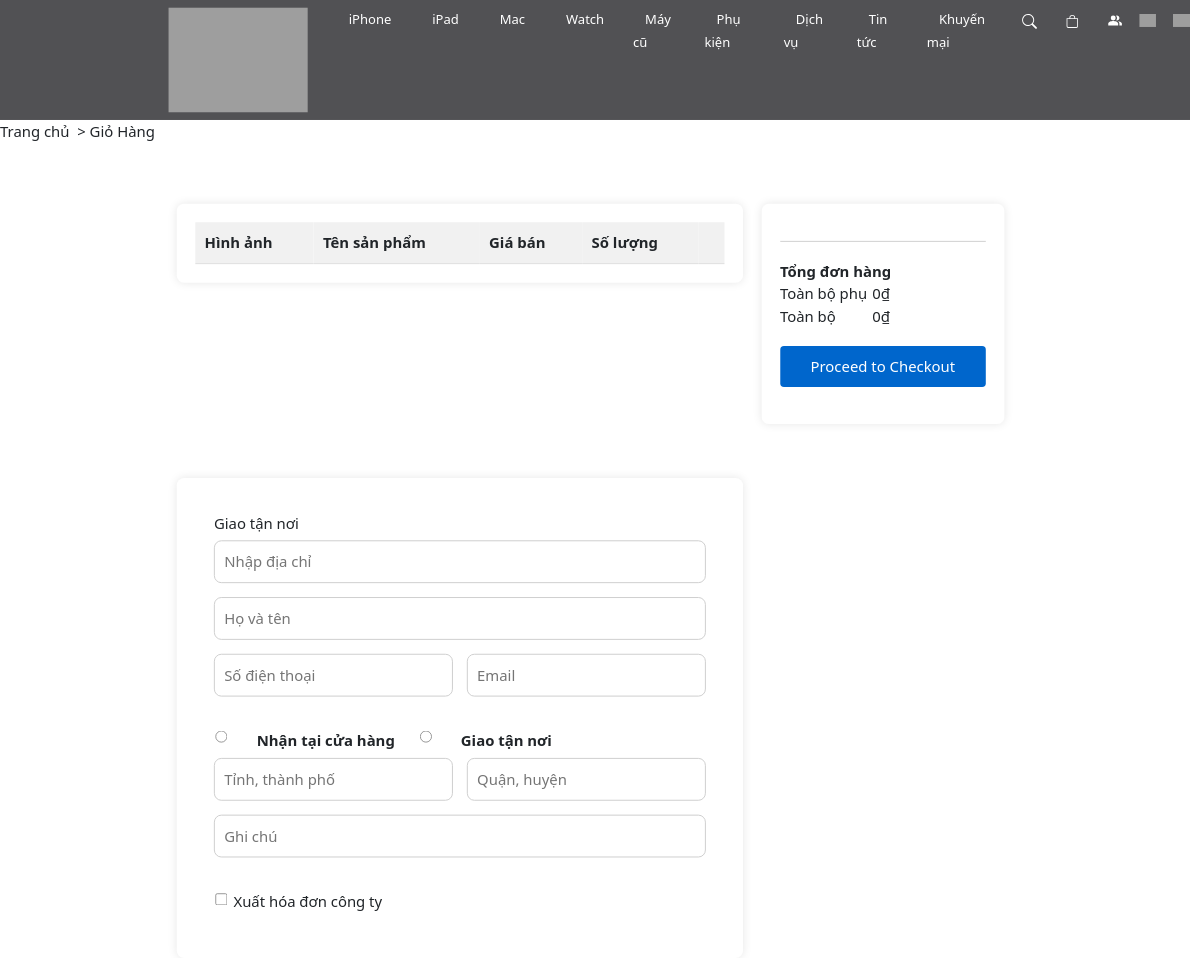
Repository: 20092004nam2k4/FE-ShopDunk
Page: /cart
These files come from the project's save history. The page is drawn as it stood at one moment and after the next save; the edit follows.
The browser window is 1280 px wide. The pictures show the whole page, at 93% of full size.
Pictures or frames that could not be fetched are drawn as grey boxes. The page's requests for data from a server got no answer. The project was rebuilt for these pictures with package versions that can differ from the ones it lists, and the page was loaded fresh each time. No one was signed in, and anything a server would have sent is missing. Also part of the build but not shown: src/component/common/SlideImage.css, src/component/common/SlideImage.js, src/component/product/ProductCart.css, src/component/product/ProductList.js, src/component/product/ProductDetail.css, src/component/product/ProductDetail.js, src/component/user/LoginUser.js, src/component/user/UserProfile.js and 3 more.

Above is the page before, as saved 2024-06-14 12:05:21.

### src/component/cart/CartPage.js

import React, { useState, useEffect } from "react";
import axios from "axios";
import "./CartPage.css";

const CartPage = () => {
  const [cartItems, setCartItems] = useState([]);

  const fetchCartItems = () => {
    axios
      .get("http://localhost:8090/api/products/cart")
      .then((response) => {
        setCartItems(response.data);
      })
      .catch((error) => {
        console.error("Error fetching cart items:", error);
      });
  };

  useEffect(() => {
    fetchCartItems();
  }, []);

  const removeFromCart = (id) => {
    axios
      .delete(`http://localhost:8090/api/products/removeFromCart/${id}`)
      .then(() => {
        fetchCartItems(); // Refresh the cart items after removing
      })
      .catch((error) => {
        console.error("Error removing product from cart:", error);
      });
  };

  const updateQuantity = (id, newQuantity) => {
    if (newQuantity <= 0) {
      // Nếu số lượng mới <= 0, xóa sản phẩm khỏi giỏ hàng
      axios.delete(`http://localhost:8090/api/products/updateCart/${id}`, {
        quantity: newQuantity,
      })
      .then(() => {
        fetchCartItems();  // Làm mới giỏ hàng sau khi xóa
      })
      .catch((error) => {
        console.error("Lỗi khi xóa sản phẩm khỏi giỏ hàng:", error);
      });
      return;
    }

    // Gửi yêu cầu PUT để cập nhật số lượng sản phẩm
    axios.put(`http://localhost:8090/api/products/updateCart/${id}`, null, {
      params: {
        quantity: newQuantity,
      },
    })
    .then(() => {
      fetchCartItems();  // Làm mới giỏ hàng sau khi cập nhật
    })
    .catch((error) => {
      console.error("Lỗi khi cập nhật số lượng sản phẩm:", error);
    });
  };

  const calculateSubtotal = () => {
    return cartItems.reduce((sum, item) => sum + item.product.price * item.quantity, 0);
  };

  const calculateTotal = () => {
    return calculateSubtotal();
  };

  return (
    <div className="cart-page">
      <div className="title-header">
        <p>Trang chủ &nbsp;&gt; Giỏ Hàng</p>
      </div>
      <div className="tong">
        <div className="left">
          <div className="cart-detail">
            <table className="cart">
              <thead>
                <tr>
                  <th>Hình ảnh</th>
                  <th>Tên sản phẩm</th>
                  <th>Giá bán</th>
                  <th>Số lượng</th>
                  <th></th>
                </tr>
              </thead>
              <tbody>
                {cartItems.map((item) => (
                  <tr key={item.id}>
                    <td>
                      <a href={`/product/${item.product.id}`}>
                        <img
                          alt={`Ảnh của ${item.product.name}`}
                          src={`http://localhost:8090/image/${item.product.image}`}
                          title={`Hiển thị chi tiết cho ${item.product.name}`}
                        />
                      </a>
                    </td>
                    <td className="product">
                      <a href={`/product/${item.product.id}`} className="product-name">
                        {item.product.name}
                      </a>
                      <div className="edit-item"></div>
                    </td>
                    <td className="unit-price">
                      <span className="product-unit-price">
                        {parseInt(item.product.price).toLocaleString()}₫
                      </span>
                    </td>
                    <td className="quantity">
                      <div className="cart-quantity-input-container">
                        <svg
                          id={`cart-quantity-input-subtract${item.id}`}
                          width="11"
                          height="11"
                          viewBox="0 0 11 11"
                          fill="none"
                          xmlns="http://www.w3.org/2000/svg"
                          onClick={() => updateQuantity(item.id, item.quantity - 1)}
                        >
                          <path
                            d="M-0.00390625 5.90234H11.0039C11.1133 5.90234 11.207 5.86328 11.2852 5.78516C11.3633 5.70182 11.4023 5.60547 11.4023 5.49609C11.4023 5.38672 11.3633 5.29297 11.2852 5.21484C11.207 5.13672 11.1133 5.09766 11.0039 5.09766H-0.00390625C-0.0768229 5.09766 -0.144531 5.11589 -0.207031 5.15234C-0.264323 5.1888 -0.311198 5.23828 -0.347656 5.30078C-0.384115 5.35807 -0.402344 5.42318 -0.402344 5.49609C-0.402344 5.57422 -0.384115 5.64453 -0.347656 5.70703C-0.311198 5.76432 -0.264323 5.8112 -0.207031 5.84766C-0.144531 5.88411 -0.0768229 5.90234 -0.00390625 5.90234Z"
                            fill="#0066CC"
                          />
                        </svg>

                        {/* Input hiển thị số lượng */}
                        <input
                          className="input-text"
                          id={`quantity${item.id}`}
                          value={item.quantity}
                          size="4"
                          readOnly
                        />

                        {/* Nút tăng số lượng */}
                        <svg
                          id={`cart-quantity-input-add${item.id}`}
                          width="12"
                          height="13"
                          viewBox="0 0 12 13"
                          fill="none"
                          xmlns="http://www.w3.org/2000/svg"
                          onClick={() => updateQuantity(item.id, item.quantity + 1)}
                        >
                          <path
                            d="M-0.304688 6.5C-0.304688 6.61458 -0.265625 6.71094 -0.1875 6.78906C-0.104167 6.86719 -0.0104167 6.90625 0.09375 6.90625H5.19531V12.0078C5.19531 12.1172 5.23438 12.2109 5.3125 12.2891C5.39583 12.3672 5.49219 12.4062 5.60156 12.4062C5.71094 12.4062 5.80729 12.3672 5.89062 12.2891C5.96875 12.2109 6.00781 12.1172 6.00781 12.0078V6.90625H11.1094C11.2239 6.90625 11.3177 6.86719 11.3906 6.78906C11.4739 6.71094 11.5156 6.61458 11.5156 6.5C11.5156 6.39583 11.4739 6.30208 11.3906 6.21875C11.3177 6.13542 11.2239 6.09375 11.1094 6.09375H6.00781V1.00781C6.00781 0.893229 5.96875 0.799479 5.89062 0.726562C5.80729 0.653646 5.71094 0.617188 5.60156 0.617188C5.49219 0.617188 5.39583 0.653646 5.3125 0.726562C5.23438 0.799479 5.19531 0.893229 5.19531 1.00781V6.09375H0.09375C-0.0104167 6.09375 -0.104167 6.13542 -0.1875 6.21875C-0.265625 6.30208 -0.304688 6.39583 -0.304688 6.5Z"
                            fill="#0066CC"
                          />
                        </svg>
                      </div>
                    </td>

                    <td className="remove-from-cart">
                      <button
                        onClick={() => removeFromCart(item.id)}
                        className="remove-button"
                      >
                        <i className="fas fa-trash-alt"></i>
                      </button>
                    </td>
                  </tr>
                ))}
              </tbody>
            </table>
          </div>

        </div>

        <div className="right">
          <div className="cart-collaterals">
            <div className="totals">
              <div className="total-info">
                <table className="cart-total">
                  <thead>
                    <tr>
                      <th colSpan="2">Tổng đơn hàng</th>
                    </tr>
                  </thead>
                  <tbody>
                    <tr className="cart-item-subtotal">
                      <td>Toàn bộ phụ</td>
                      <td>
                        <span className="value">{calculateSubtotal().toLocaleString()}₫</span>
                      </td>
                    </tr>
                    <tr className="order-total">
                      <td>Toàn bộ</td>
                      <td>
                        <span className="value">{calculateTotal().toLocaleString()}₫</span>
                      </td>
                    </tr>
                  </tbody>
                </table>
                <div className="checkout-buttons">
                  <button className="checkout-button">Proceed to Checkout</button>
                </div>
              </div>
            </div>
          </div>
        </div>
      </div>
      <div>
        <h1></h1>
      </div>
      <div className="tong-bot">
        <div class="left">
          <div class="enter-address bg-white">
            <h6>Giao tận nơi</h6>
            <input placeholder="Nhập địa chỉ"></input>
            <input placeholder="Họ và tên"></input>
            <div class="half-inputs">
              <input placeholder="Số điện thoại"></input>
              <input placeholder="Email"></input>
            </div>
            <div class="edit-address">
              <div class="delivery-method">
                <input type="radio" id="receive-store" name="receive-method" value="store"></input>
                <label for="receive-store">Nhận tại cửa hàng</label>
                <input type="radio" id="receive-delivery" name="receive-method" value="delivery"></input>
                <label for="receive-delivery">Giao tận nơi</label>
              </div>
              <div class="half-inputs">
                <input placeholder="Tỉnh, thành phố"></input>
                <input placeholder="Quận, huyện"></input>
              </div>
              <div>
                <input placeholder="Ghi chú"></input>
              </div>
              <div class="edit-address">
                <input type="checkbox" id="company-invoice" name="company-invoice" value="company-invoice"></input>Xuất hóa đơn công ty
              </div>
            </div>
          </div>
        </div>
      </div>


    </div>
  );
};

export default CartPage;

### src/component/common/Navbar.css
.navbar {
  background-color: #515154;
  padding: 10px;
  position: relative; /* Thêm thuộc tính position relative */
}

.navbar-links {
  list-style: none;
  display: flex;
  justify-content: center;
  max-width: 1400px;
  margin: 0;
padding-left: 150px;
 position: relative; /* Thêm thuộc tính position relative */
  z-index: 1; /* Đảm bảo navbar hiển thị trên cùng */
}

.navbar-links li {
  padding-left: 18px;
}

.navbar-links a {
  color: white;
  text-decoration: none;
  padding: 10px 13px 25px;
  transition: background-color 0.3s;
  font-size: 14px;
}

.navbar-links a:hover {
  background-color: #6a6969;
}

.imageIcon {
  width: 150px;
}

.icon-bag,
.icon-people,
.icon-search {
  color: white;
  height: 30px;
}

.imageIconVN {
  height: 14px;
}

.dropdown-menu {
  position: absolute;
  top: 100%; /* Hiển thị menu dropdown bên dưới navbar */
  left: 0;
  background-color: #515154;
  min-width: 200px; /* Độ rộng tối thiểu của dropdown menu */
  z-index: 10; /* Đảm bảo menu dropdown hiển thị trên cùng */
  box-shadow: 0px 8px 16px rgba(0, 0, 0, 0.2); /* Đổ bóng cho dropdown menu */
  display: none; /* Ẩn dropdown menu mặc định */
}

.dropdown-menu.active {
  display: block; /* Hiển thị dropdown menu khi active */
}

.dropdown-menu a {
  color: white;
  text-decoration: none;
  padding: 15px;
  display: block;
  transition: background-color 0.3s;
}

.dropdown-menu a:hover {
  background-color: #7f7d7d;
}

### src/component/user/Login.css
body {
    font-family: sans-serif;
    /* display: flex; */
    justify-content: center;
    align-items: center;
    min-height: 100vh;
    background-color: #f5f5f5;
  }
  .userName-login{
    margin-top: 25px;
  }



  .left-side {
    width: 50%;
    display: flex;
    justify-content: center;
    align-items: center;
    margin-top: 90px;
  }

  .right-side {
    width: 50%;
    padding: 20px;
    margin-top: 90px;
  }

  .left-side img {
    width: 100%;
    max-width: 600px;
    height: 350px;
  }

  h2 {
    margin-bottom: 20px;
  }

  input[type="text"],
  input[type="password"] {
    width: 100%;
    padding: 10px;
    margin-bottom: 15px;
    border: 1px solid #ddd;
    border-radius: 10px;
    box-sizing: border-box;
  }

  input[type="checkbox"] {
    margin-right: 5px;
  }

  button {
    background-color: #007bff;
    color: #fff;
    padding: 10px 20px;
    border: none;
    border-radius: 3px;
    cursor: pointer;
    width: 100%;
  }

  .link {
    display: block;
    text-align: center;
    margin-top: 15px;
    color: #007bff;
    text-decoration: none;
  }

  .footerMain{
margin-top: 200px;
  }
  .textFooter{
    padding-left: 200px !important;
  }
  .textToRegister{
    margin-top: 15px;
  }

### src/component/user/UserProfile.css
    /* Reset CSS */
    * {
        box-sizing: border-box;
        margin: 0;
        padding: 0;
    }

    body {
        font-family: Arial, Helvetica, sans-serif;
        background-color: #f5f5f7; /* Updated background color */
    }

    .page-container {
        padding: 20px;
        background-color: #f5f5f7; /* Background color for the page */
    }

    .container {
        display: flex;
        justify-content: space-between;
        margin: 30px auto;
        width: 80%;
        /* gap: 30px;  */
    }

    .navigation {
        width: 25%;
        background-color: #fff;
        padding: 20px;
        border-radius: 10px;
        border: 1px solid #ddd; /* Border for left div */
        box-shadow: 0 0 10px rgba(0, 0, 0, 0.1); /* Optional: for a subtle shadow effect */
        margin-left: 50px;
    }

    .navigation ul {
        padding-left: 0; /* Reset padding */
        list-style: none; /* Remove bullet points */
    }

    .navigation li {
        padding: 10px 0;
        border-bottom: 1px solid #ddd;
    }

    .navigation li:last-child {
        border-bottom: none;
    }

    .navigation li a {
        color: #333;
        text-decoration: none;
        display: flex;
        align-items: center;
    }

    .navigation li a i {
        margin-right: 10px;
        font-size: 1.2em;
    }

    .form {
        width: calc(70% - 100px); /* Reduced width by 100px */
        background-color: #fff;
        padding: 20px;
        border-radius: 10px;
        border: 1px solid #ddd; /* Border for right div */
        box-shadow: 0 0 10px rgba(0, 0, 0, 0.1); /* Optional: for a subtle shadow effect */
        display: flex;
        flex-direction: column;
        height: calc(100% + 70px); /* Increased height by 70px */
        margin-right: 90px;
    }

    .form-row {
        display: flex;
        justify-content: space-between;
        align-items: center;
        margin-bottom: 15px;
    }

    .form-row label {
        flex: 1;
    }

    .form-row input,
    .form-row select {
        flex: 2;
        padding: 10px;
        border: 1px solid #ddd;
        border-radius: 5px;
    }

    .form-row .input-group {
        display: flex;
        flex-direction: column;
        margin-bottom: 15px;
    }

    .form-row .input-group input {
        margin-top: 10px;
    }

    .input-email {
        padding-left: 20px;
    }

    .input-gender {
        display: flex;
        align-items: center;
        padding-left: 20px;
    }

    .input-gender > div {
        display: flex;
        align-items: center;
        margin-right: 20px;
    }

    .input-gender label {
        margin-left: 5px;
        margin-right: 15px; /* Adjust spacing between the labels and inputs */
    }

    .form-row.birthday-row {
        display: flex;
        justify-content: space-between;
        align-items: center;
        margin-bottom: 15px;
    }

    .form-row.birthday-row label {
        flex: 1;
    }

    .form-row.birthday-row select {
        flex: 1;
        padding: 10px;
        border: 1px solid #ddd;
        border-radius: 5px;
    }

    .form button {
        background-color: #0066cc;
        color: white;
        padding: 10px 20px;
        border: none;
        border-radius: 5px;
        cursor: pointer;
        width: 124px;
        height: 43px;
        margin: 0 auto; /* Add this line to center the button */
        margin-top: 10px;
    }

    .newsletter {
        text-align: center;
        margin-top: 50px;
    }

    .footerMain {
        text-align: center;
        background-color: #333;
        color: #fff;
        padding: 10px 0;
    }

    .newsletter .input-group {
        width: auto;
        display: inline-flex;
        border-radius: 20px;
        margin-top: 20px;
    }

    .newsletter .input-group .form-control {
        width: 500px;
        height: 50px;
        border-radius: 20px;
    }

    .newsletter .input-group .btn {
        width: 100px;
        background-color: #0066cc;
        color: white;
        border: none;
        border-radius: 20px;
        height: 50px;

    }

    .text-email {
        margin-top: 21px;
    }
    .radio-male{
        margin-left: -48px;

    }
    .text-user{
        margin-right: 580px;
        padding-top: 17px;
    }
    .text-male{
        padding-top: 9px;
    margin-right: 234px;
    }
    .text-female{
        padding-top: 8px;
    }
    .email-info{
        padding-top: 10px;
    }
    .email-text{
        margin-bottom: 24px;
    }

Loaded but not shown: public/index.html (common file); src/index.js (common file); src/component/common/Navbar.js (93 lines, source omitted); src/App.js (47 lines, source omitted); src/context/AuthContext.js (34 lines, source omitted); src/component/cart/CartPage.css (368 lines, source omitted)

After the next save:
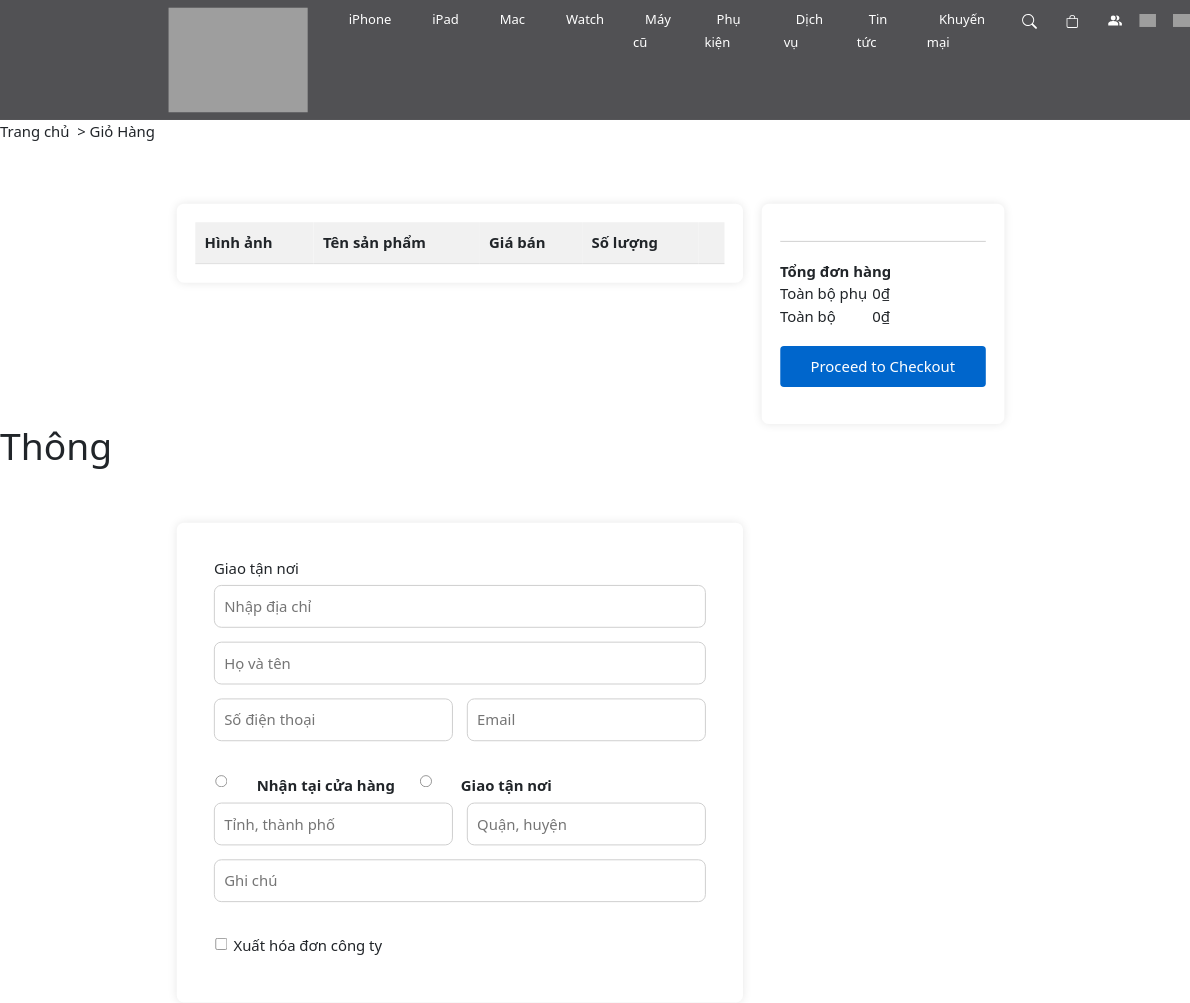
Saved 5 s later.
--- a/src/component/cart/CartPage.js
+++ b/src/component/cart/CartPage.js
@@ -204,7 +204,7 @@
         </div>
       </div>
       <div>
-        <h1></h1>
+        <h1>Thông </h1>
       </div>
       <div className="tong-bot">
         <div class="left">
